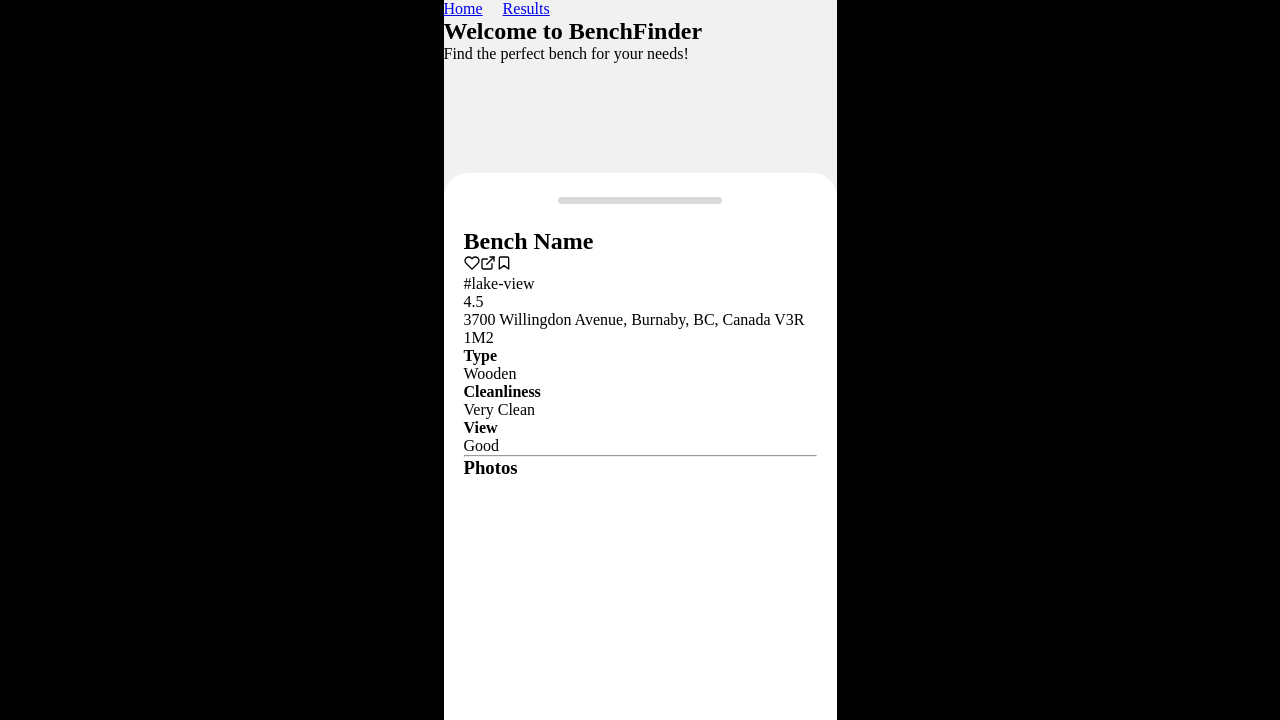
Repository: HidayatPatil/BenchFinder
Page: /
An editor plug-in stored every save of this project. The page is shown before and after the next save, followed by the edit.
The browser window is 1280 px wide. The pictures show the whole page.
The project was rebuilt for these pictures with package versions that can differ from the ones it lists, and the page was loaded fresh each time. Also part of the build but not shown: vite.config.js, src/Results.jsx.

Above is the page before, as saved 2025-10-09 21:05:59.

### index.html
<!doctype html>
<html lang="en">
  <head>
    <meta charset="UTF-8" />
    <link rel="icon" type="image/svg+xml" href="/vite.svg" />
    <meta name="viewport" content="width=device-width, initial-scale=1.0" />
    <title>benchfinder</title>
  </head>
  <body>
    <div id="root"></div>
    <script type="module" src="/src/main.jsx"></script>
  </body>
</html>

### src/index.css
/* Reset default margins and padding */
* {
    margin: 0;
    padding: 0;
    box-sizing: border-box;
}

body, html {
    width: 100%;
    height: 100%;
    overflow: hidden;
    background-color: black;
    display: flex;
    justify-content: center;
    align-items: center;
}

#root {
    width: 393px;
    min-width: 320px;
    max-width: 425px;
    height: 100vh;
    background-color: rgb(0, 0, 0);
    position: relative;
}

.app_body {
    width: 393px;
    min-width: 320px;
    max-width: 425px;
    height: 100%;
    background-color: #F1F1F1;
    margin: 0 auto;
    position: relative;
}

.drawer_container {
    height: 547px;
    position: absolute;
    bottom: 0;
    padding: 0 20px;
    background-color: #FFFFFF;
    border-radius: 24px 24px 0 0;
}

.drawer_handle {
    width: 164px;
    height: 7px;
    border-radius: 100px;
    background-color: #D9D9D9;
    margin: 24px auto;
}

### src/App.jsx
import { Routes, Route, Link } from 'react-router-dom'
import Result from './Results'
import Home from './Home'

export default function App(){
  return (
    <div className="app_body">
      {/* <h1 className="container">BenchFinder App</h1> */}
      <nav>
        <Link to="/" style={{ marginRight: '20px' }}>Home</Link>
        <Link to="/results">Results</Link>
      </nav>

      <Routes>
        <Route path="/" element={<Home />} />
        <Route path="/results" element={<Result />} />
      </Routes>
    </div>
  )
}

### src/Home.jsx
import ContentDrawer from "./components/contentDrawer"

export default function Home() {
  return (
    <div>
      <h2>Welcome to BenchFinder</h2>
      <p>Find the perfect bench for your needs!</p>
      <div className="google_maps">
        <img />
      </div>
      <ContentDrawer />
    </div>
  )
}

### src/components/contentDrawer.jsx
import { FiHeart } from "react-icons/fi";
import { FiExternalLink } from "react-icons/fi";
import { FiBookmark } from "react-icons/fi";

export default function ContentDrawer() {
  return (
    <div className="drawer_container">
      <div className="drawer_handle"></div>
      <div className="bench_data">
        <div className="data_metadata">
          <div className="metadata_name_options">
            <h2>Bench Name</h2>
            <div className="bench_metadata_options">
                <FiHeart />
                <FiExternalLink />
                <FiBookmark />
            </div>
          </div>
          <div className="metadata_tags_rating">
            <div className="bench_tags">#lake-view</div>
            <div className="bench_rating">4.5</div>
          </div>
          <p className="metadata_address">
            3700 Willingdon Avenue, Burnaby, BC, Canada V3R 1M2
          </p>
        </div>
        <div className="data_bench_overview">
          <div className="bench_type">
            <h4 className="overview_title">Type</h4>
            <p className="overview_content">Wooden</p>
          </div>
          <div className="bench_cleanliness">
            <h4 className="overview_title">Cleanliness</h4>
            <p className="overview_content">Very Clean</p>
          </div>
          <div className="bench_view">
            <h4 className="overview_title">View</h4>
            <p className="overview_content">Good</p>
          </div>
        </div>
      </div>
      <hr />
      <div className="bench_photos">
        <div className="photos_heading">
          <h3>Photos</h3>
          {/* <img "add plus icon" />  */}
        </div>
        <div className="photos_gallery">
          <div className="gallery_image"></div>
          <div className="gallery_image"></div>
          <div className="gallery_image"></div>
        </div>
      </div>
    </div>
  );
}

Loaded but not shown: src/main.jsx (common file)

After the next save:
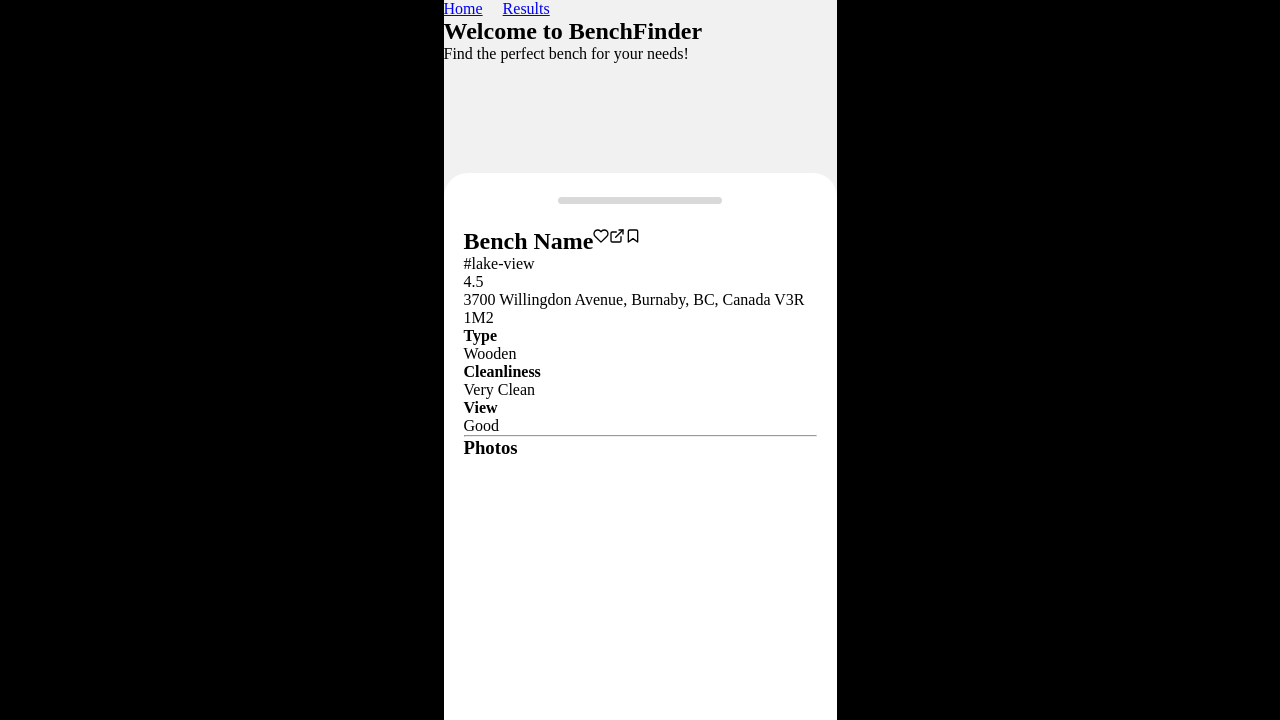
Saved 39 s later.
--- a/src/index.css
+++ b/src/index.css
@@ -50,3 +50,7 @@ body, html {
     background-color: #D9D9D9;
     margin: 24px auto;
 }
+
+.metadata_name_options {
+    display: flex;
+}
